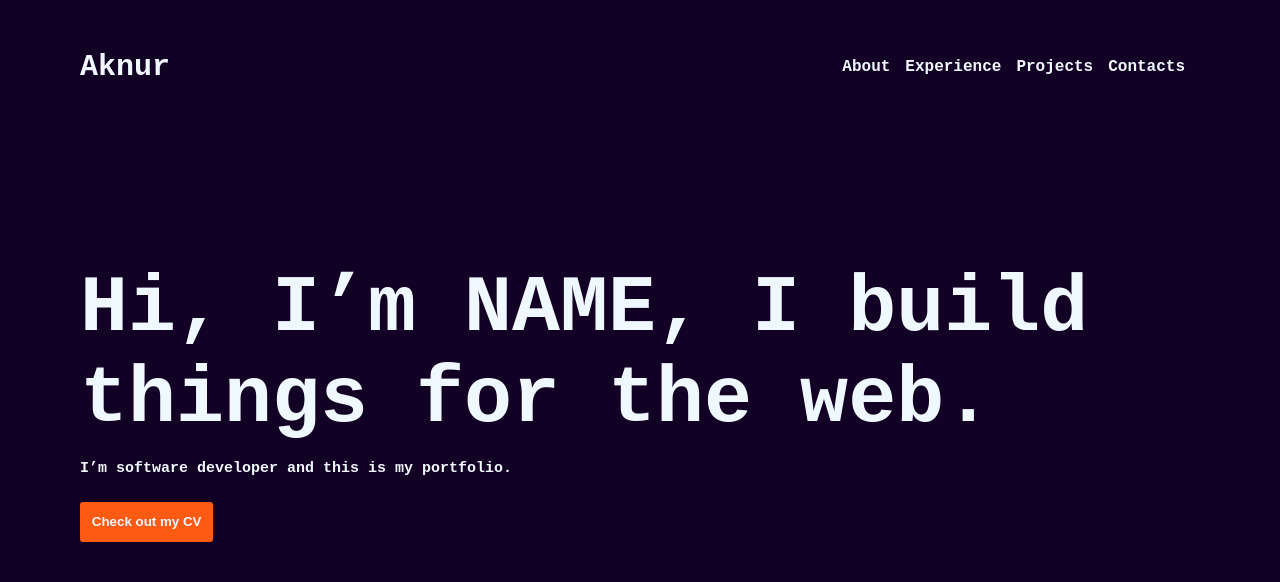
Repository: aknurkappar/nfactorial-portfolio-app-03-03-2022
Page: /
An editor plug-in stored every save of this project. The page is shown before and after the next save, followed by the edit.
The browser window is 1280 px wide. The pictures show the whole page.
The project was rebuilt for these pictures with package versions that can differ from the ones it lists, and the page was loaded fresh each time. Also part of the build but not shown: src/App.css.

Above is the page before, as saved 2023-03-03 21:27:02.

### src/index.css
body {
  margin: 20px 80px;
  font-family: -apple-system, BlinkMacSystemFont, 'Segoe UI', 'Roboto', 'Oxygen',
    'Ubuntu', 'Cantarell', 'Fira Sans', 'Droid Sans', 'Helvetica Neue',
    sans-serif;
  -webkit-font-smoothing: antialiased;
  -moz-osx-font-smoothing: grayscale;
  font-family:'Courier New', Courier, monospace;
  font-weight: 700;
  color: aliceblue;
  background-color: #130125;
}

code {
  font-family: source-code-pro, Menlo, Monaco, Consolas, 'Courier New',
    monospace;
}

### src/App.js
import './App.css';
import { Header } from "./components/Header"
import { Main } from "./components/Main"
import { Line } from "./components/Line"

function App() {
  return (
    <>
    <Header />
    <Line />
    <Main />
    </>

  );
}

export default App;

### src/components/Header/index.js
import "./index.css"

class Menu{
    constructor(name){
        this.name = name;
        this.isActive = false;
    }
 }

 const menues = [
    new Menu("About"),
    new Menu("Experience"),
    new Menu("Projects"),
    new Menu("Contacts"),
 ]

 export const Header = () => {
    return (
        <div className="header">
            <p>Aknur</p>
            <ul className="menu-items">{
                menues.map(menu => (
                <li><a>{menu.name}</a></li>
                ))
            }</ul>
        </div>
    )
}

### src/components/Main/index.js
import "./index.css"

export const Main = ()=>{
    return(
        <div className="main">
            <p className="big-text"> Hi, I’m NAME, I build things for the web.</p>
            <p className="small-text"> I’m software developer and this is my portfolio.</p>
            <button>Check out my CV</button>
        </div>
    )
}

### src/components/Line/index.js
import "./"
export const Line = () => {
    return(
        <div className="line"></div>
    )
}

### src/components/Header/index.css
.menu-items{
    display: flex;
    flex-direction: row;

}

.menu-items li{
    list-style-type: none;
    margin-right: 15px;
}

.header{
    display: flex;
    align-items: center;
    justify-content: space-between;
}

.header p{
    font-size: 30px;
}

### src/components/Main/index.css
.main{
    height: 80vh;
    display: flex;
    flex-direction: column;
    justify-content: center;
}

.main button{
    width: 10em;
    height: 3em;
    background-color: #FD5A14;
    color: aliceblue;
    font-weight: 700;
    border: none;
    border-radius: 3px;
    margin-top: 10px;
}

.big-text{
    font-size: 80px;
    margin: 0;
}

.small-text{
    font-size: 15px;
}

### src/components/Line/index.css
.line{
    width: 100%;
    height: 1px;
    background-color: aliceblue;
}

Loaded but not shown: public/index.html (common file); src/index.js (common file)

After the next save:
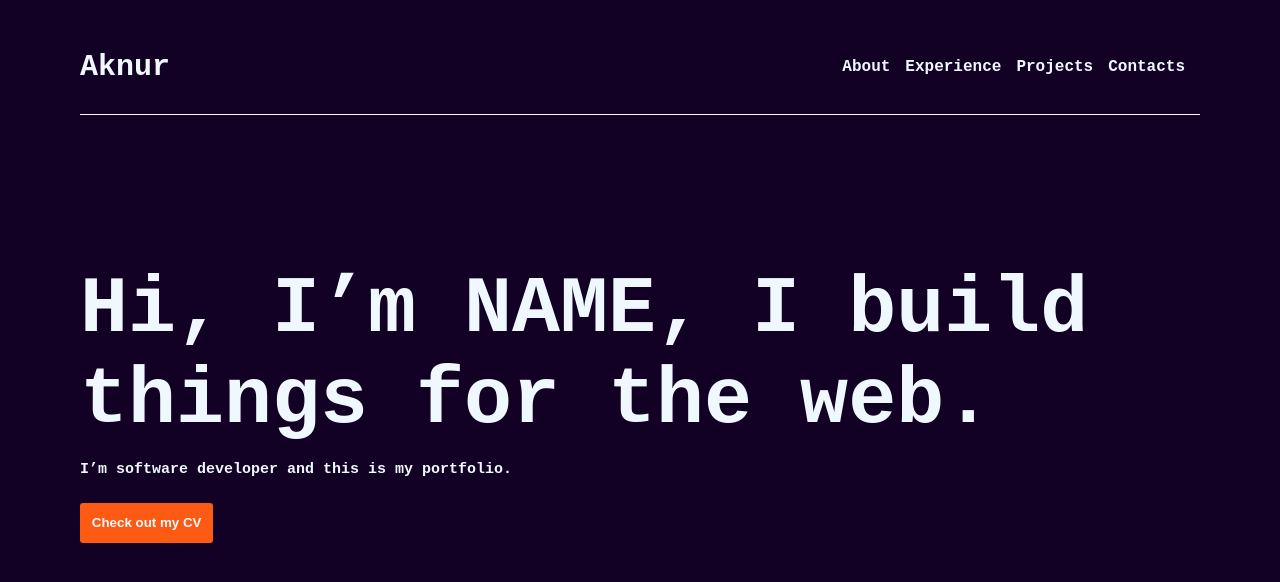
Saved 4 s later.
--- a/src/components/Line/index.js
+++ b/src/components/Line/index.js
@@ -1,4 +1,4 @@
-import "./"
+import "./index.css"
 export const Line = () => {
     return(
         <div className="line"></div>
